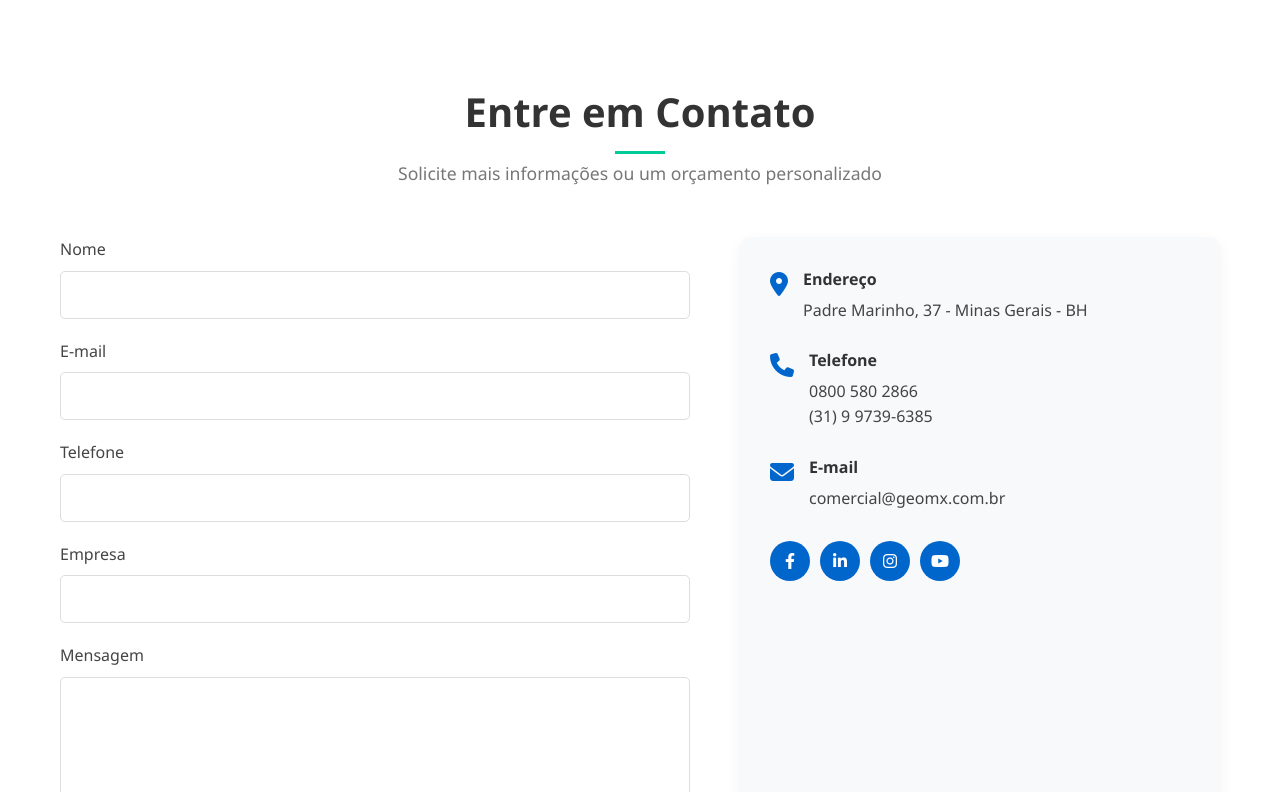
Repository: rocha1579/geomx
Page: rastreamento.html
The author's editor kept a copy of each file at every save. The page is drawn from the files as they stood at one save, then again after the next save.
The browser window is 1280 px wide. The pictures show the part of the page from y = 2728 to 3520 px (the page is 4556 px tall before and 4388 px after).
Pictures or frames that could not be fetched are drawn as grey boxes. A picture or video elsewhere on the page could not be fetched, so the positions and the page height are approximate. Backgrounds fixed to the window are drawn as part of the page.

Above is the page before, as saved 2025-05-05 16:44:11.
Not found: menu-fix.js

After the next save:
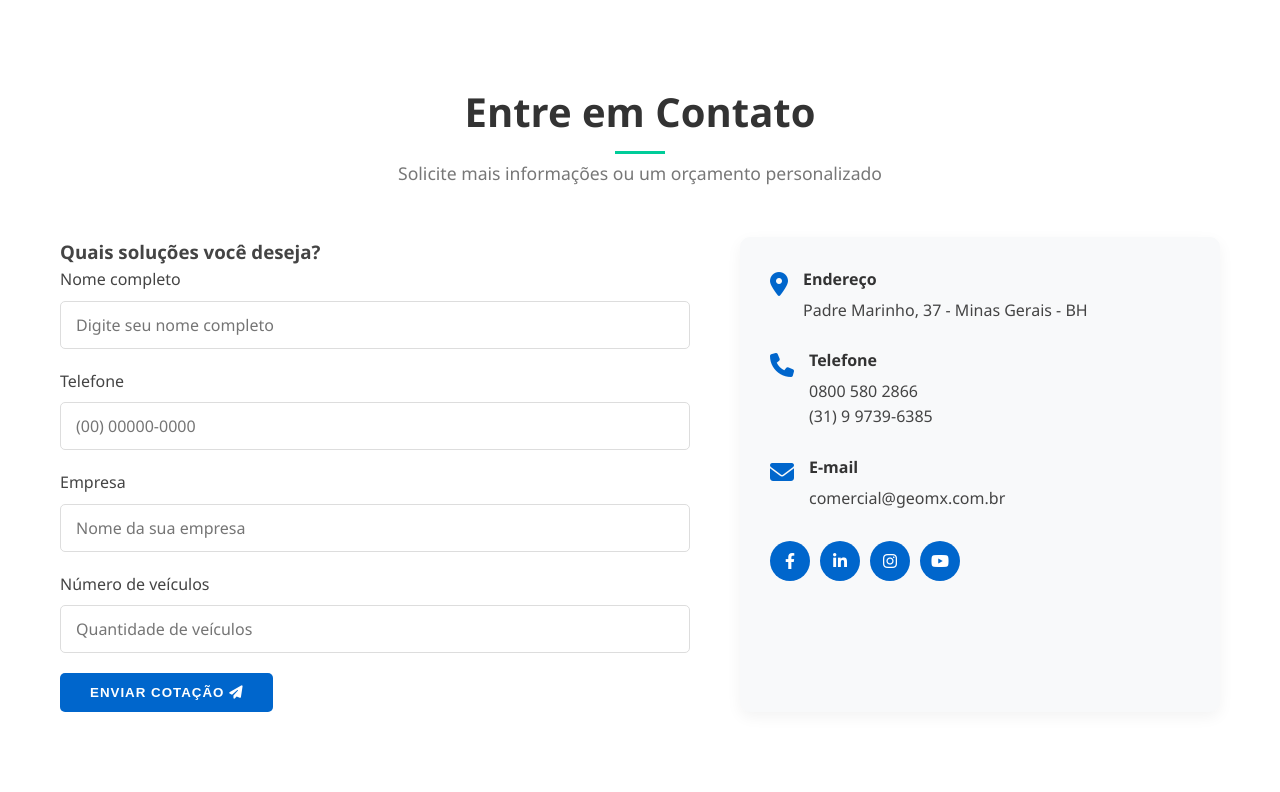
Saved 43 s later.
--- a/rastreamento.html
+++ b/rastreamento.html
@@ -164,33 +164,48 @@
             </div>
             <div class="contato-content">
                 <div class="contato-form">
-                    <form id="formulario-contato" action="https://formsubmit.co/flavio@geomx.com.br" method="POST">
-                        <input type="hidden" name="_cc" value="gabriel@geomx.com.br,comercial2@geomx.com.br,jessica@geomx.com.br">
-                        <input type="hidden" name="_subject" value="Novo contato do site - Rastreamento Veicular">
+                    <form action="https://formsubmit.co/comercial1@geomx.com.br" method="POST">
+                        <!-- Configurações ocultas -->
+                        <input type="hidden" name="_captcha" value="false">
                         <input type="hidden" name="_next" value="https://geomx.com.br/obrigado.html">
                         <input type="hidden" name="_template" value="table">
-
-                        <div class="form-group">
-                            <label for="nome">Nome</label>
-                            <input type="text" id="nome" name="nome" required>
-                        </div>
-                        <div class="form-group">
-                            <label for="email">E-mail</label>
-                            <input type="email" id="email" name="email" required>
-                        </div>
-                        <div class="form-group">
-                            <label for="telefone">Telefone</label>
-                            <input type="tel" id="telefone" name="telefone">
-                        </div>
-                        <div class="form-group">
-                            <label for="empresa">Empresa</label>
-                            <input type="text" id="empresa" name="empresa">
-                        </div>
-                        <div class="form-group">
-                            <label for="mensagem">Mensagem</label>
-                            <textarea id="mensagem" name="mensagem" rows="5" required></textarea>
-                        </div>
-                        <button type="submit" class="btn-primary">Enviar Mensagem</button>
+                        <input type="hidden" name="_subject" value="Solicitação de Cotação - Site GeoMX">
+
+                        <!-- Programas de Interesse -->
+                        <div class="form-container">
+                            <h3>Quais soluções você deseja?</h3>
+                            <div class="form-fields">
+                                <div class="form-group">
+                                    <label for="nome">Nome completo</label>
+                                    <input type="text" id="nome" name="nome" required placeholder="Digite seu nome completo">
+                                </div>
+
+                                <div class="form-group">
+                                    <label for="telefone">Telefone</label>
+                                    <input type="tel" id="telefone" name="telefone" required placeholder="(00) 00000-0000">
+                                </div>
+
+                                <div class="form-group">
+                                    <label for="empresa">Empresa</label>
+                                    <input type="text" id="empresa" name="empresa" placeholder="Nome da sua empresa">
+                                </div>
+
+                                <div class="form-group">
+                                    <label for="veiculos">Número de veículos</label>
+                                    <input type="number" id="veiculos" name="veiculos" placeholder="Quantidade de veículos">
+                                </div>
+                            </div>
+                        </div>
+
+
+
+
+
+                        <!-- Botão -->
+                        <button type="submit" class="btn-primary">
+                            <span>Enviar Cotação</span>
+                            <i class="fas fa-paper-plane"></i>
+                        </button>
                     </form>
                 </div>
                 <div class="contato-info">
